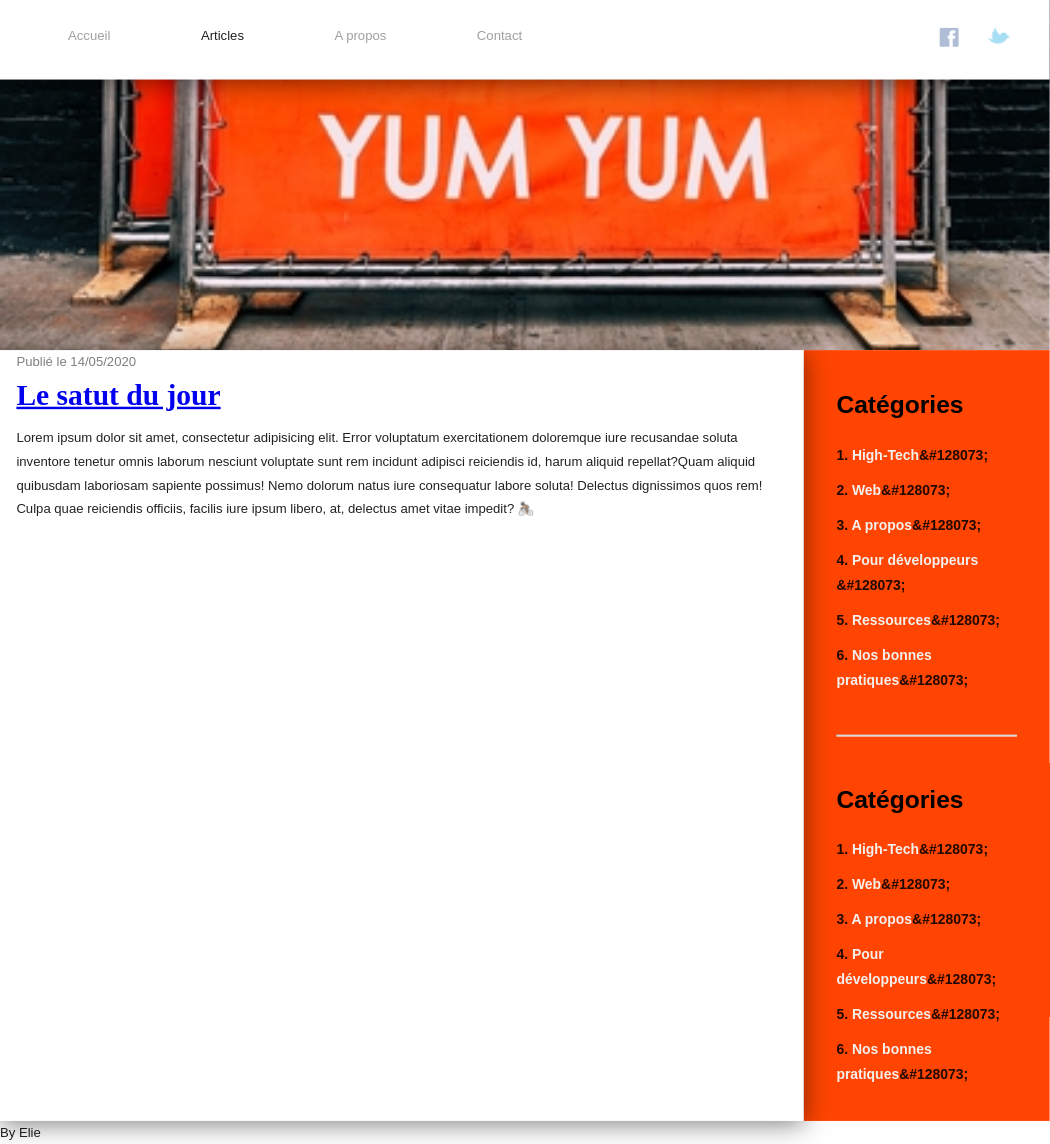
Repository: Elie-Dey/blog-train
Page: article.html
These files come from the project's save history. The page is drawn as it stood at one moment and after the next save; the edit follows.
The browser window is 1280 px wide. The pictures show the whole page, at 82% of full size.

Above is the page before, as saved 2020-06-17 23:32:48.

### article.html
<!DOCTYPE html>
<html lang="en">
<head>
    <meta charset="UTF-8">
    <meta name="viewport" content="width=device-width, initial-scale=1.0">
    <link rel="stylesheet" href="style.css">
    <title>Mon blog</title>
</head>
<body>
    <header class="topbar">
        <nav>
            <a href="index.html">Accueil</a>
            <a href="articles.html" class="active"> Articles</a>
            <a href="about.html">A propos</a>
            <a href="apropos.html">Contact</a>
        </nav>
        <div class="social">
            <a href="#"> <img src="images/fb.png" alt="Facebook"></a>
            <a href="#"> <img src="images/twitter.png" alt="Twitter"></a>
        </div>
    </header>
    <div class="banniere"></div>
   <div class="body">
    <main class="main">
        <div class="container">

              <div class="article-date">Publié le 14/05/2020</div>
              <h2 class="article-title">  <a href="#">    Le satut du jour</a>  </h2>
              <p>
                  Lorem ipsum dolor sit amet, consectetur adipisicing elit. Error voluptatum exercitationem doloremque iure recusandae soluta inventore tenetur omnis laborum nesciunt voluptate sunt rem incidunt adipisci reiciendis id, harum aliquid repellat?Quam aliquid quibusdam laboriosam sapiente possimus! Nemo dolorum natus iure consequatur labore soluta!
                  Delectus dignissimos quos rem! Culpa quae reiciendis officiis, facilis iure ipsum libero, at, delectus amet vitae impedit? &#128692;&#127999;
              </p>
          </article>


        </div>
     </main>

    <aside class="sidebar">
        <h4 class="sidebar-title">Catégories</h4>
        <ul>
            <li><a href="#">High-Tech</a></li>
            <li><a href="#">Web</a></li>
            <li><a href="#">A propos</a></li>
            <li><a href="#">Pour développeurs </a></li>
            <li><a href="#">Ressources</a></li>
            <li><a href="#">Nos bonnes pratiques</a></li>
        </ul>
        <hr>
        <h4 class="sidebar-title">Catégories</h4>
        <ul>
            <li><a href="#">High-Tech</a></li>
            <li><a href="#">Web</a></li>
            <li><a href="#">A propos</a></li>
            <li><a href="#">Pour développeurs</a></li>
            <li><a href="#">Ressources</a></li>
            <li><a href="#">Nos bonnes pratiques</a></li>
        </ul>


    </aside>
</div>
    <footer class="footer">
        By Elie
    </footer>
</body>
</html>

### style.css
/*
* Prefixed by https://autoprefixer.github.io
* PostCSS: v7.0.29,
* Autoprefixer: v9.7.6
* Browsers: last 4 version,ie > 8
*/

*{
    -webkit-box-sizing: border-box;
            box-sizing: border-box;
}
body, html
{
    margin: 0;
    font-size: 16px;
    font-family: 'Montserrat Alternates', sans-serif;
    color: rgba(0, 0, 0, .87);
    line-height: 1.8;

}
.topbar{

    position: fixed;
    top: 0;
    right: 0;
    left: 0;
    width: 100%;
    background-color: white;
    padding: 30px ;
    z-index: 3;
    font-family: 'Montserrat Alternates', sans-serif;
    font-weight: 700;
    -webkit-box-shadow: 0 4px 30px rgba(0, 0, 0, .5);
            box-shadow: 0 4px 30px rgba(0, 0, 0, .5);

}
.topbar nav{
    float: left;

}
.topbar nav a {
    color: #9f9f9f;
    text-decoration: none;
    font-weight: 500;
    padding: 0 53px;
}

.topbar nav a:hover , .topbar nav a.active{
    color:  rgba(0, 0, 0, .87);
}

 .social {
    float: right;
}

.social a
{
    padding: 0 12px;
    opacity: .4;
}
.social a:hover
{
    opacity: 1;
}

.banniere {
    height: 427px;
    background: no-repeat center center / cover url("images/banniere.jpg");
}
.body
{
    display: -webkit-box;
    display: -ms-flexbox;
    display: flex;
}
.main
{

    width: calc(100% - 300px);
    background: white;
    -webkit-box-shadow: 0 4px 30px rgba(0, 0, 0, .5);
            box-shadow: 0 4px 30px rgba(0, 0, 0, .5);
    position: relative;
    z-index: 2;


}
.sidebar
{

    background:rgb(255, 69, 1);
    width: 300px;
    padding: 40px;
    font-size: 17px;
    font-weight: 700;
    position: relative;
    z-index: 1;
}
.sidebar ul
{
    counter-reset: sidebarlist;
}

.sidebar li::before
{
    counter-increment: sidebarlist;
    content: counter(sidebarlist) ". ";
}
.sidebar li::after
{
    content:
    "&#128073;";
}
.sidebar-title
{
    font-size: 30px;
    color: black;
    margin: 20px 0;
}
.sidebar a
{
    text-decoration: none;
    color: rgb(243, 241, 239);

}
.sidebar ul
{
    margin: 0;
    padding: 0;
    list-style: none;

}
.sidebar li
{
    padding: 6px 0;
}
.sidebar li:first-child
{
    padding-top: 0;
}

.sidebar li:last-child
{
    padding-bottom: 0;
}
.sidebar a:hover
{
    text-decoration: underline;
}

.sidebar hr
{
    border-color:none;
    background: white;
    height: 1px;
    margin: 50px 0;


}

.sidebar-title:first-child
{
    margin-top: 0;
}


.article
{
    position: relative;
    overflow: hidden;
    margin: 50px 0;
    padding-left: 225px;
    min-height: 225px;

}
.article p
{
    font-family: 'Montserrat Alternates', sans-serif;
    font-weight: 500;
}
.article p::first-letter
{
    font-size: 2em;
    font-weight: bold;
}
.container
{
    max-width: 940px;
    margin: 0 auto;
}
.article a
{
    color: inherit;
    text-decoration: none;
}
.article a:hover
{
    text-decoration: underline;
}
.article-img
{
    position: absolute;
    left: 0;
    top: 0;
    width: 200px;
    margin-right: 25px;
}
.article-title
 {
    font-size: 2.25rem;
    line-height: 1.2;
    font-family: "Cardo", serif;
    margin: 0 0 15px 0;
 }
.article-date
{
    font-weight: 300;
    color: rgba(0, 0, 0, .5);
    margin-bottom: 5px;
}
.article-img img
{
    width: 100%;
    height: auto;
}
.footer
{
    clear: both;
}

After the next save:
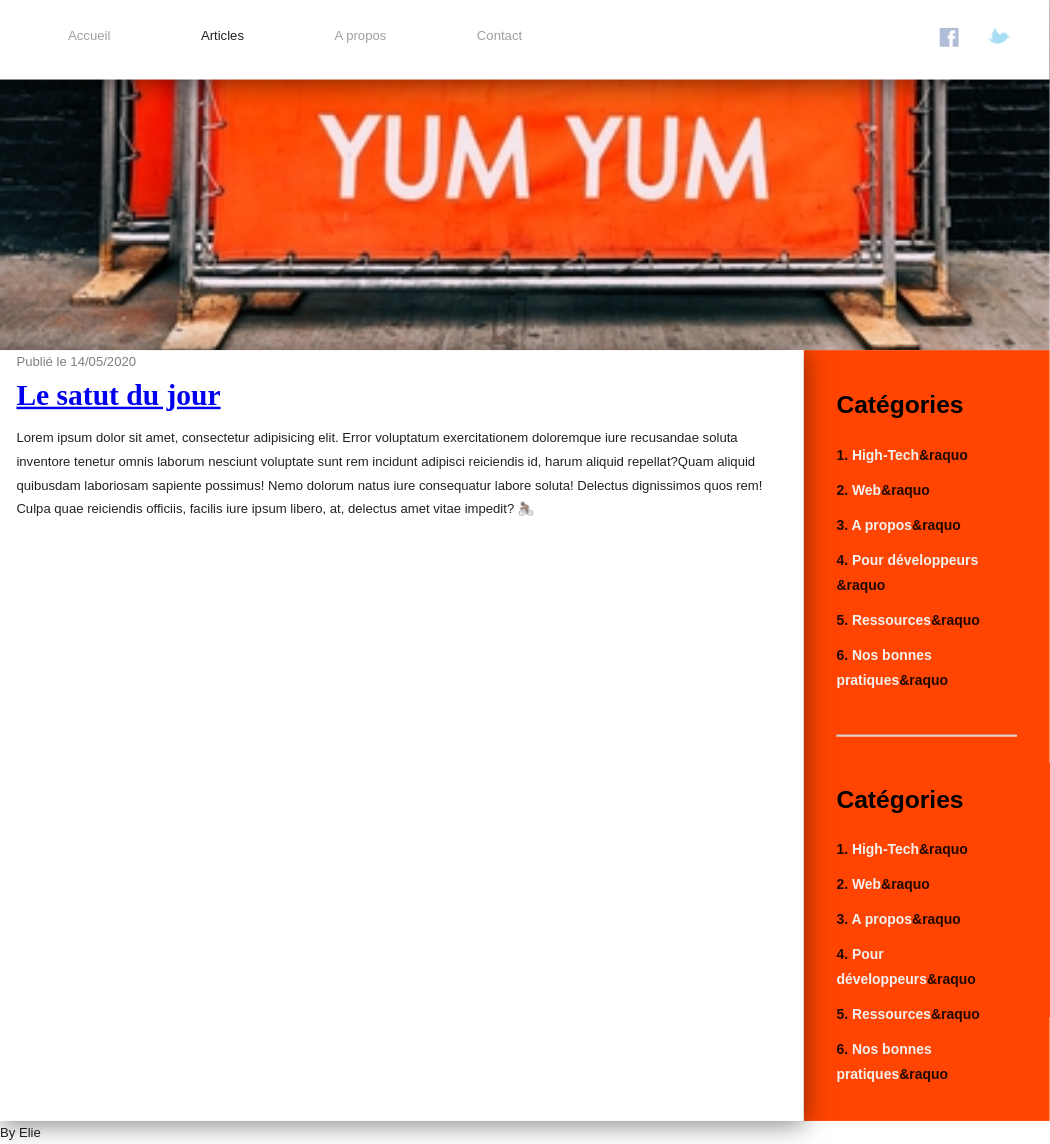
Saved 30 s later.
--- a/style.css
+++ b/style.css
@@ -109,7 +109,7 @@ body, html
 .sidebar li::after
 {
     content:
-    "&#128073;";
+    '&raquo';
 }
 .sidebar-title
 {
